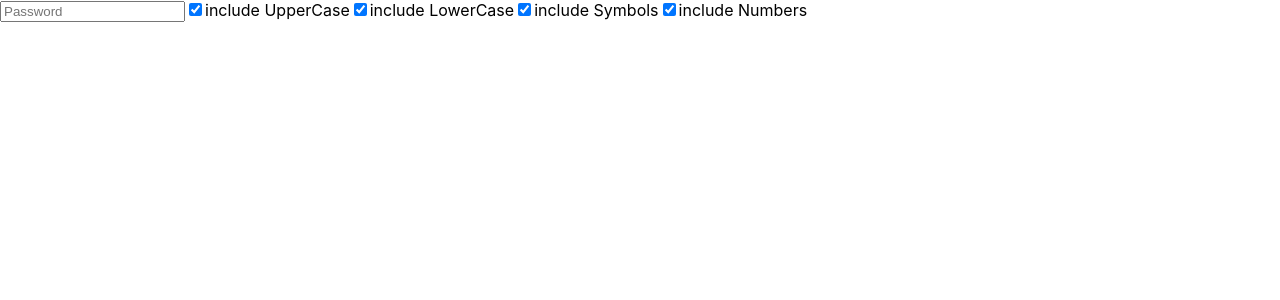
Repository: sriram1224/pass-generator
Page: /
The author's editor kept a copy of each file at every save. The page is drawn from the files as they stood at one save, then again after the next save.
The browser window is 1280 px wide. The pictures show the whole page.
The project was rebuilt for these pictures with package versions that can differ from the ones it lists, and the page was loaded fresh each time.

Above is the page before, as saved 2024-03-21 19:35:07.

### src/App.js
import { useCallback, useRef, useState } from 'react'

import './App.css'
function generatePassword(length, includeUpper, includeLower, includeNumber, includeSymbol){
		 const upperChars = 'ABCDEFGHIJKLMNOPQRSTUVWXYZ';
    const lowerChars = 'abcdefghijklmnopqrstuvwxyz';
    const numberChars = '0123456789';
  const symbolChars = '!@#$%^&*()-_=+';


  let chars = '';
  if (includeUpper) chars+= upperChars;;
  if (includeLower) chars += lowerChars;
  if (includeNumber) chars += numberChars;
  if (includeSymbol) chars += symbolChars;
  let password = '';
  for(let i = 0; i < length; i++){
    password += chars.charAt(Math.floor(Math.random() * chars.length));
  }
  return password;
	}
function App() {



	const [password,setPassword] = useState('');
	const includeUpperref = useRef(true);
	const includeLowerref= useRef(true);
	const includeSymbolref = useRef(true);
	const includeNumberref= useRef(true);
  const lengthRef = useRef(8);
  const handlechange = (ref) => {
        ref.current = !ref.current;
        handlePassword();
  };
  const handlePassword = useCallback(() => {
    const newPass = generatePassword(
            lengthRef.current,
            includeUpperref.current,
            includeLowerref.current,
            includeNumberref.current,
            includeSymbolref.current
    );
  setPassword(newPass);
  },[]);
	return (
		<>
			<div className="input">
				<div class="pass-container">
				<input type='text'  placeholder='Password' value={password} readOnly/>
				<label>
					<input type ="checkbox" checked={includeUpperref} onChange={()=>handlechange(includeUpperref)}/>
					include UpperCase
				</label>
				<label>
					<input type ="checkbox" checked={includeLowerref} onChange={()=>handlechange(includeLowerref)}/>
					include LowerCase
				</label>
				<label>
					<input type ="checkbox" checked={includeSymbolref} onChange={()=>handlechange(includeSymbolref)}/>
					include Symbols
				</label>
				<label>
					<input type ="checkbox" checked={includeNumberref} onChange={()=>handlechange(includeNumberref)}/>
					include Numbers
				</label>
				<label></label>
				<label></label>
				<label></label>
				</div>
			</div>
		</>
	)
}

export default App

Loaded but not shown: public/index.html (common file); src/index.js (common file); src/index.css (common file); src/reportWebVitals.js (common file); src/App.css (common file)

After the next save:
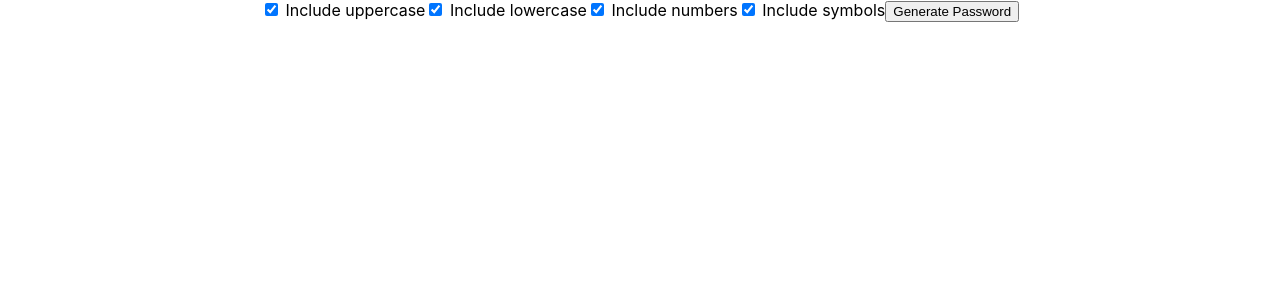
Saved 2 min 9 s later.
--- a/src/App.js
+++ b/src/App.js
@@ -1,15 +1,14 @@
-import { useCallback, useRef, useState } from 'react'
+import React, { useState, useRef, useCallback } from 'react';
+import './App.css';
 
-import './App.css'
 function generatePassword(length, includeUpper, includeLower, includeNumber, includeSymbol){
-		 const upperChars = 'ABCDEFGHIJKLMNOPQRSTUVWXYZ';
-    const lowerChars = 'abcdefghijklmnopqrstuvwxyz';
-    const numberChars = '0123456789';
+  const upperChars = 'ABCDEFGHIJKLMNOPQRSTUVWXYZ';
+  const lowerChars = 'abcdefghijklmnopqrstuvwxyz';
+  const numberChars = '0123456789';
   const symbolChars = '!@#$%^&*()-_=+';
 
-
   let chars = '';
-  if (includeUpper) chars+= upperChars;;
+  if (includeUpper) chars+= upperChars;
   if (includeLower) chars += lowerChars;
   if (includeNumber) chars += numberChars;
   if (includeSymbol) chars += symbolChars;
@@ -18,59 +17,42 @@ function generatePassword(length, includeUpper, includeLower, includeNumber, inc
     password += chars.charAt(Math.floor(Math.random() * chars.length));
   }
   return password;
-	}
+}
+
 function App() {
+  const [password,setPassword] = useState('');
+  const includeUpperref = useRef(true);
+  const includeLowerref= useRef(true);
+  const includeSymbolref = useRef(true);
+  const includeNumberref= useRef(true);
+  const lengthRef = useRef(8);
 
+  const handlechange = (ref) => {
+    ref.current = !ref.current;
+    handlePassword();
+  };
 
-
-	const [password,setPassword] = useState('');
-	const includeUpperref = useRef(true);
-	const includeLowerref= useRef(true);
-	const includeSymbolref = useRef(true);
-	const includeNumberref= useRef(true);
-  const lengthRef = useRef(8);
-  const handlechange = (ref) => {
-        ref.current = !ref.current;
-        handlePassword();
-  };
   const handlePassword = useCallback(() => {
     const newPass = generatePassword(
-            lengthRef.current,
-            includeUpperref.current,
-            includeLowerref.current,
-            includeNumberref.current,
-            includeSymbolref.current
+      lengthRef.current,
+      includeUpperref.current,
+      includeLowerref.current,
+      includeNumberref.current,
+      includeSymbolref.current
     );
-  setPassword(newPass);
-  },[]);
-	return (
-		<>
-			<div className="input">
-				<div class="pass-container">
-				<input type='text'  placeholder='Password' value={password} readOnly/>
-				<label>
-					<input type ="checkbox" checked={includeUpperref} onChange={()=>handlechange(includeUpperref)}/>
-					include UpperCase
-				</label>
-				<label>
-					<input type ="checkbox" checked={includeLowerref} onChange={()=>handlechange(includeLowerref)}/>
-					include LowerCase
-				</label>
-				<label>
-					<input type ="checkbox" checked={includeSymbolref} onChange={()=>handlechange(includeSymbolref)}/>
-					include Symbols
-				</label>
-				<label>
-					<input type ="checkbox" checked={includeNumberref} onChange={()=>handlechange(includeNumberref)}/>
-					include Numbers
-				</label>
-				<label></label>
-				<label></label>
-				<label></label>
-				</div>
-			</div>
-		</>
-	)
+    setPassword(newPass);
+  }, []);
+
+  return (
+    <div className="App">
+      <input type="checkbox" checked={includeUpperref.current} onChange={() => handlechange(includeUpperref)} /> Include uppercase
+      <input type="checkbox" checked={includeLowerref.current} onChange={() => handlechange(includeLowerref)} /> Include lowercase
+      <input type="checkbox" checked={includeNumberref.current} onChange={() => handlechange(includeNumberref)} /> Include numbers
+      <input type="checkbox" checked={includeSymbolref.current} onChange={() => handlechange(includeSymbolref)} /> Include symbols
+      <button onClick={handlePassword}>Generate Password</button>
+      <p>{password}</p>
+    </div>
+  );
 }
 
-export default App
+export default App;
